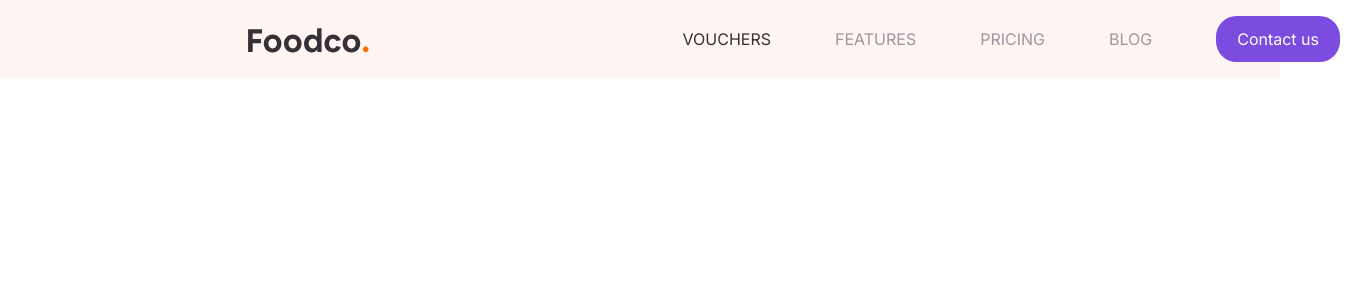
Repository: badhon252/Foodco
Page: index.html
These files come from the project's save history. The page is drawn as it stood at one moment and after the next save; the edit follows.
The browser window is 1280 px wide. The page is 1364 px wide, so the pictures cover 1364 px, including what lies to the right of the window. The pictures show the whole page.
The style sheet was rebuilt from its Sass, Less or Tailwind sources for each picture, by a compiler version that may differ from the author's.

Above is the page before, as saved 2022-09-15 15:22:11.

After the next save:
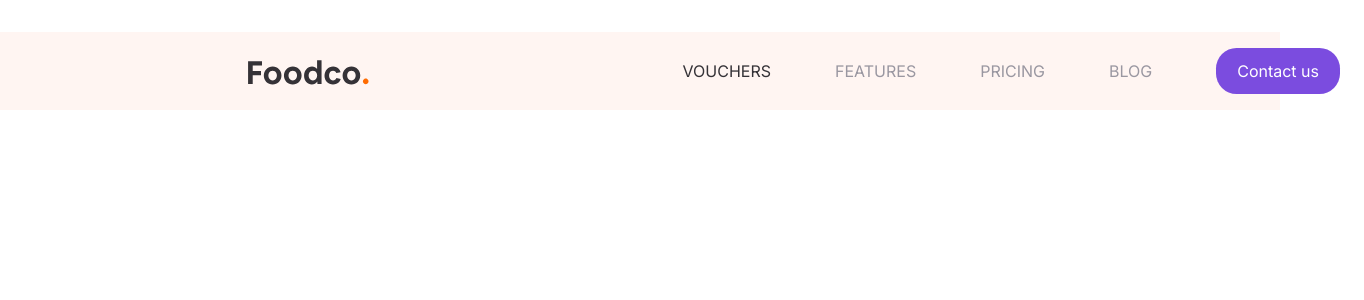
Saved 3 min 24 s later.
--- a/scss/style.scss
+++ b/scss/style.scss
@@ -95,7 +95,6 @@
   background-color: #fff5f2;
 
   .container {
-    margin: 0 14rem;
   }
   .navbar {
     .navbar-nav {
